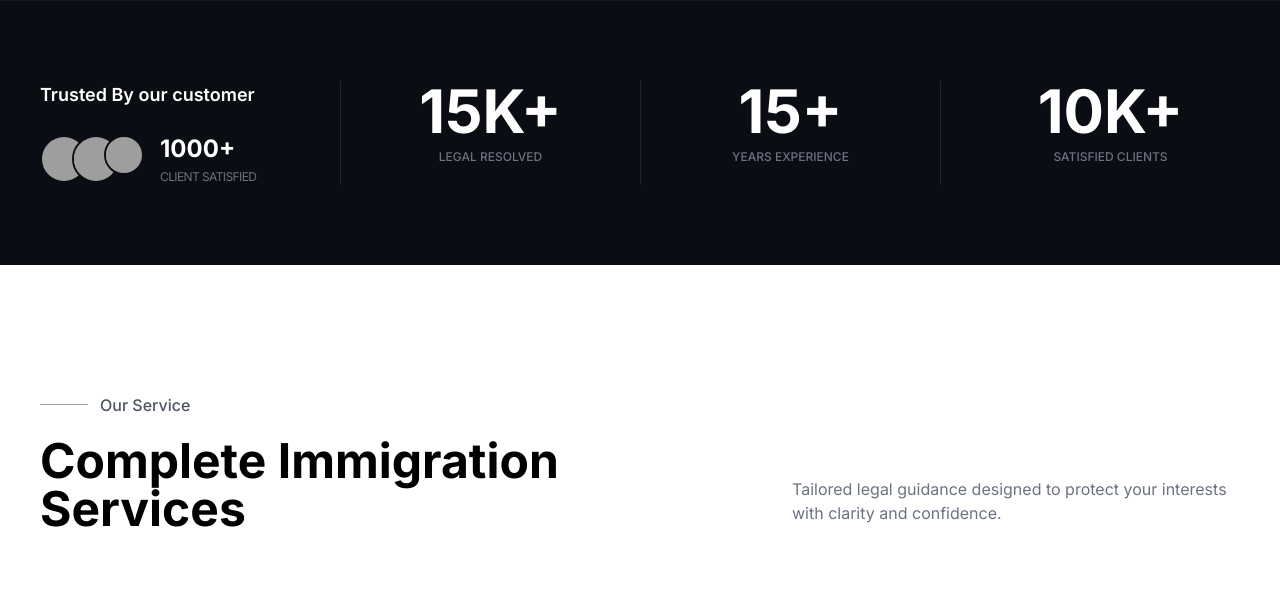
Repository: Iqbalhossen07/stonebridge3
Page: index.html
These files come from the project's save history. The page is drawn as it stood at one moment and after the next save; the edit follows.
The browser window is 1280 px wide. The pictures show the part of the page from y = 776 to 1373 px (the page is 2001 px tall).
Pictures or frames that could not be fetched are drawn as grey boxes. Some web libraries are served in a nearby version.

Above is the page before, as saved 2026-03-02 11:23:41.

After the next save:
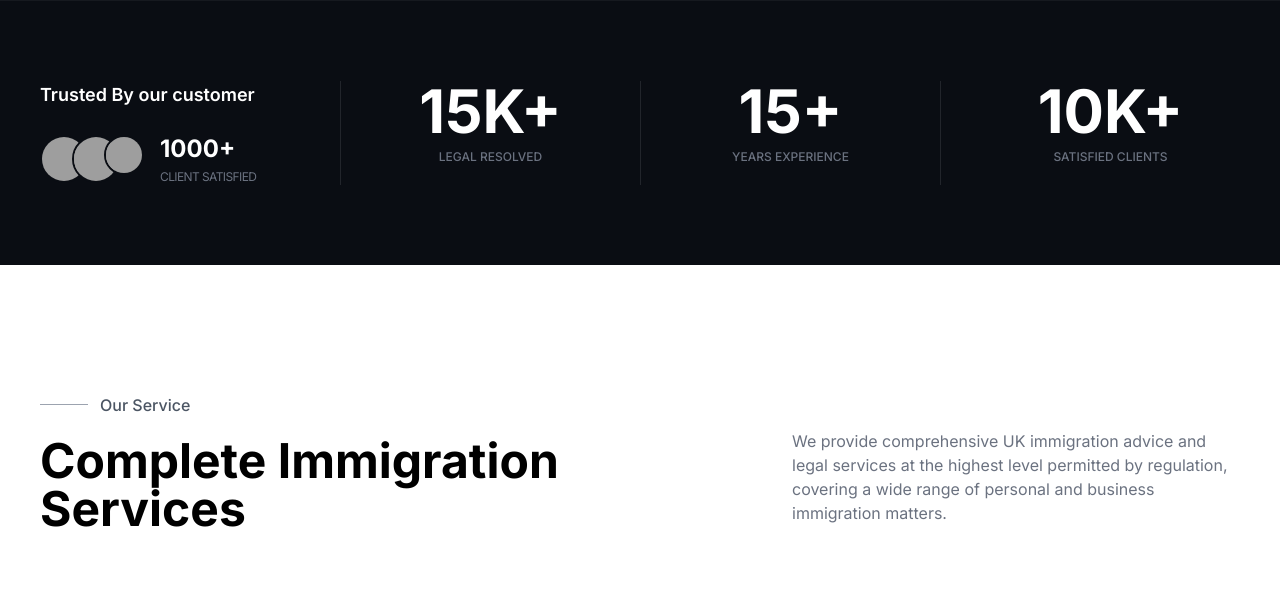
Saved 13 s later.
--- a/index.html
+++ b/index.html
@@ -247,7 +247,7 @@
             </div>
             <div class="max-w-md lg:pb-2">
                 <p class="text-gray-500 text-sm md:text-base leading-relaxed">
-                    Tailored legal guidance designed to protect your interests with clarity and confidence.
+                    We provide comprehensive UK immigration advice and legal services at the highest level permitted by regulation, covering a wide range of personal and business immigration matters.
                 </p>
             </div>
         </div>
